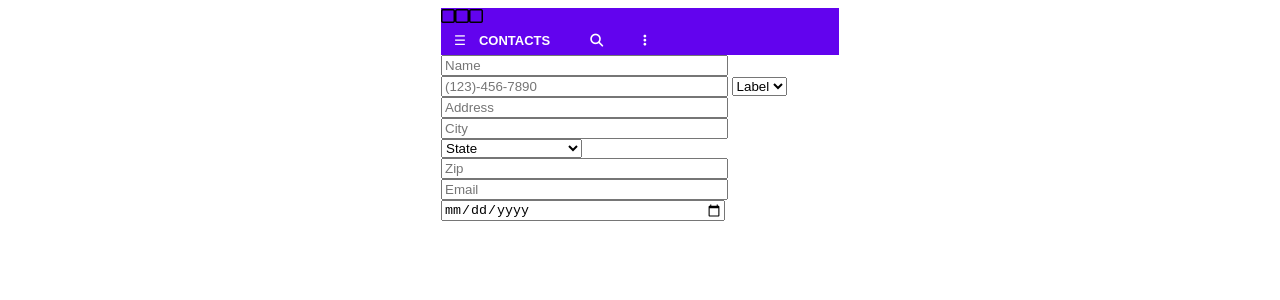
Repository: Sc-Juju/Mobile-Form
Page: index.html
The author's editor kept a copy of each file at every save. The page is drawn from the files as they stood at one save, then again after the next save.
The browser window is 1280 px wide. The pictures show the whole page.
Some web libraries are served in a nearby version.

Above is the page before, as saved 2022-10-27 17:17:11.

### index.html
<!DOCTYPE html>
<html>
	<head>
		<meta charset="utf-8" />
		<meta http-equiv="X-UA-Compatible" content="IE=edge" />
		<title>Mobile Form</title>
		<meta name="description" content="" />
		<meta name="viewport" content="width=device-width, initial-scale=1" />
		<link rel="stylesheet" href="./style.css" />
		<script
			src="https://kit.fontawesome.com/020fb16134.js"
			crossorigin="anonymous"
		></script>
	</head>
	<body>
		<header>
			<div class="container">
				<ul class="navbar nav-top">
					<li class="nav-link">
						<i class="fa-regular fa-square"></i>
					</li>
					<li class="nav-link">
						<i class="fa-regular fa-square"></i>
					</li>
					<li class="nav-link">
						<i class="fa-regular fa-square"></i>
					</li>
				</ul>
			</div>
			<div class="nav">
				<ul class="navbar nav-bottom">
					<li class="nav-link">
						<button class="btn">&#9776;</button>
					</li>
					<li class="nav-link">
						<a href="#">Contacts</a>
					</li>
					<li class="nav-link">
						<a href="#">
							<i class="fa-solid fa-magnifying-glass"></i>
						</a>
					</li>
					<li class="nav-link">
						<a href="#">
							<i class="fa-solid fa-ellipsis-vertical"></i>
						</a>
					</li>
				</ul>
			</div>
		</header>
		<form action="">
			<label for="name"></label>
			<input type="text" id="name" name="name" placeholder="Name" /><br />
			<label for="phone"></label>
			<input
				type="tel"
				name="phone"
				id="phone"
				placeholder="(123)-456-7890"
			/>
			<label for="Label"></label>
			<select name="Label" id="Label">
				<option value="" disabled selected hidden>Label</option>
			</select>
			<br />
			<label for="address"></label>
			<input
				type="text"
				placeholder="Address"
				id="address"
				name="address"
			/>
			<br />
			<input type="text" id="city" name="city" placeholder="City" />
			<br />
			<select name="state" id="state">
				<option value="" disabled selected hidden>State</option>
				<option value="AL">Alabama</option>
				<option value="AK">Alaska</option>
				<option value="AZ">Arizona</option>
				<option value="AR">Arkansas</option>
				<option value="CA">California</option>
				<option value="CO">Colorado</option>
				<option value="CT">Connecticut</option>
				<option value="DE">Delaware</option>
				<option value="DC">District Of Columbia</option>
				<option value="FL">Florida</option>
				<option value="GA">Georgia</option>
				<option value="HI">Hawaii</option>
				<option value="ID">Idaho</option>
				<option value="IL">Illinois</option>
				<option value="IN">Indiana</option>
				<option value="IA">Iowa</option>
				<option value="KS">Kansas</option>
				<option value="KY">Kentucky</option>
				<option value="LA">Louisiana</option>
				<option value="ME">Maine</option>
				<option value="MD">Maryland</option>
				<option value="MA">Massachusetts</option>
				<option value="MI">Michigan</option>
				<option value="MN">Minnesota</option>
				<option value="MS">Mississippi</option>
				<option value="MO">Missouri</option>
				<option value="MT">Montana</option>
				<option value="NE">Nebraska</option>
				<option value="NV">Nevada</option>
				<option value="NH">New Hampshire</option>
				<option value="NJ">New Jersey</option>
				<option value="NM">New Mexico</option>
				<option value="NY">New York</option>
				<option value="NC">North Carolina</option>
				<option value="ND">North Dakota</option>
				<option value="OH">Ohio</option>
				<option value="OK">Oklahoma</option>
				<option value="OR">Oregon</option>
				<option value="PA">Pennsylvania</option>
				<option value="RI">Rhode Island</option>
				<option value="SC">South Carolina</option>
				<option value="SD">South Dakota</option>
				<option value="TN">Tennessee</option>
				<option value="TX">Texas</option>
				<option value="UT">Utah</option>
				<option value="VT">Vermont</option>
				<option value="VA">Virginia</option>
				<option value="WA">Washington</option>
				<option value="WV">West Virginia</option>
				<option value="WI">Wisconsin</option>
				<option value="WY">Wyoming</option>
			</select>
			<input
				type="number"
				id="zipcode"
				name="zipcode"
				placeholder="Zip"
			/>
			<br />
			<label for="email"></label>
			<input type="email" name="email" id="email" placeholder="Email" />
			<br />
			<label for="birthday"></label>
			<input type="date" name="birthday" id="birthday" />
		</form>
	</body>
</html>

### style.css
:root{
    --white:#fff;
    --black: #000;
    --header-top:rgba(76,1,208,255);
    --header-bottom:rgba(98,3,238,255);
    --content-box:rgba(232,232,231,255);
    max-width: 414px;
    margin: auto;
}
.btn{
    display: inline-block;
    font-weight: 400;
    color:var(--white);
    text-align: center;
    cursor: pointer;
    user-select: none;
    background-color: transparent;
    border: 1px solid transparent;
    padding: .375rem .75rem;
    transition: ease-in-out .3s;
}
.container{
    margin-left: auto;
    background-color:var(--header-top);
}
ul{
    padding:0;
    margin:0;
    list-style: none;
}

.navbar{
    display: flex;
    align-items: center;
    background-color: var(--header-bottom);
}
.nav-link a{
    color: var(--white);
    font-size: .8125rem;
    font-weight: 600;
    font-family: "Hind", sans-serif;
    text-transform: uppercase;
    margin-right: 2.5rem;
    line-height: 1.25rem;
}
a {text-decoration: none;}
.nav-icon{
    height:30px;
}
input{
    width:70%;
}

After the next save:
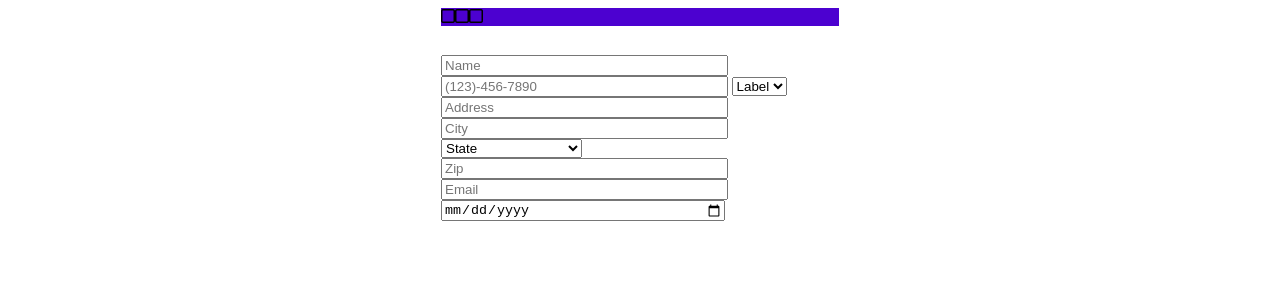
Saved 75 s later.
--- a/style.css
+++ b/style.css
@@ -32,7 +32,12 @@ ul{
 .navbar{
     display: flex;
     align-items: center;
-    background-color: var(--header-bottom);
+}
+.navbar-top{
+    background-color: var(--header-top);
+}
+.navbar-bottom{
+    color: var(--header-bottom);
 }
 .nav-link a{
     color: var(--white);
